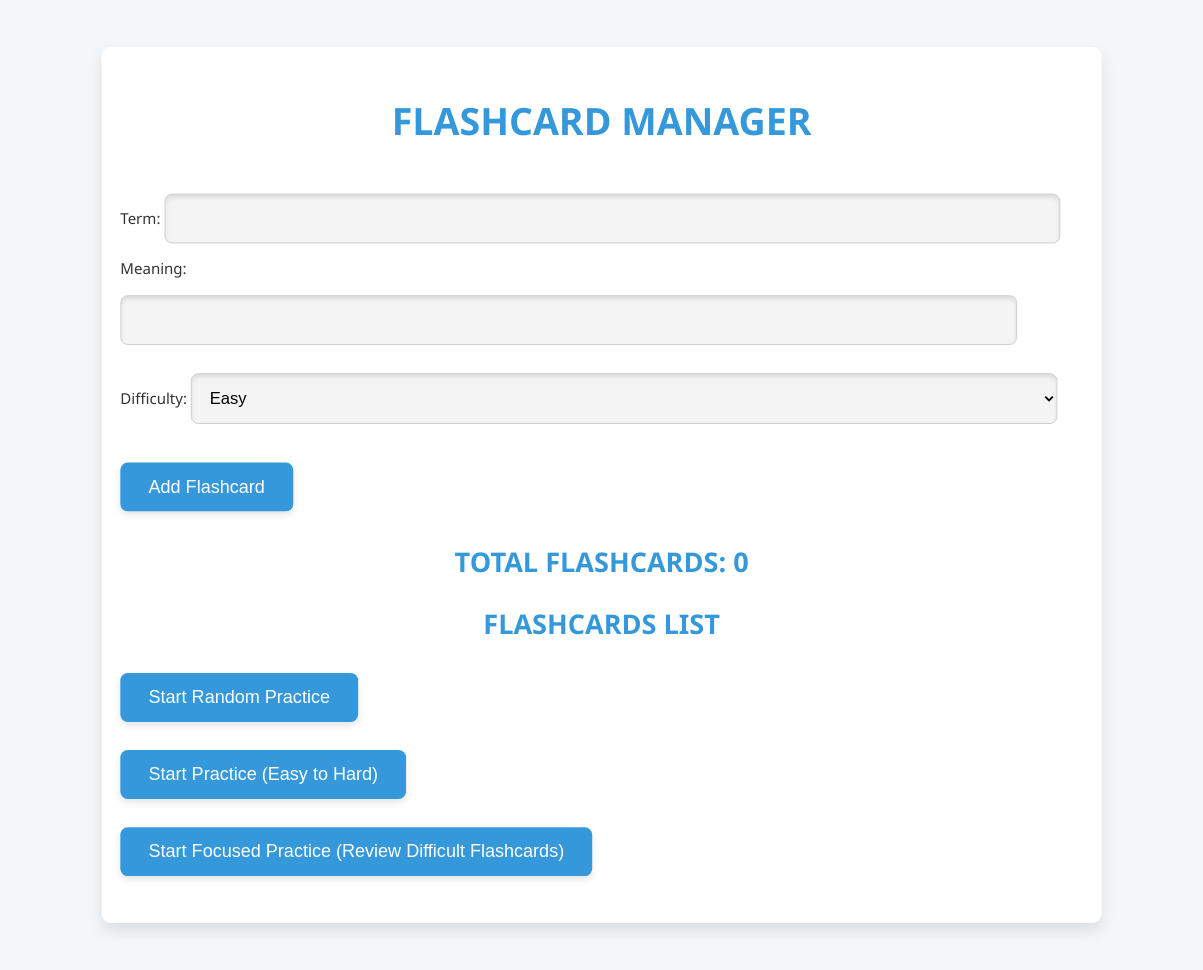
Repository: Oriyin/Algorithm_StudyHelper
Page: http://localhost/flashcards
The author's editor kept a copy of each file at every save. The page is drawn from the files as they stood at one save, then again after a run of saves.
The browser window is 1280 px wide. The pictures show the whole page, at 94% of full size.
The page is served by the project's application, run on Flask 3 (backend/app.py).

Above is the page before, as saved 2024-10-11 14:20:47.

After the next 2 saves:
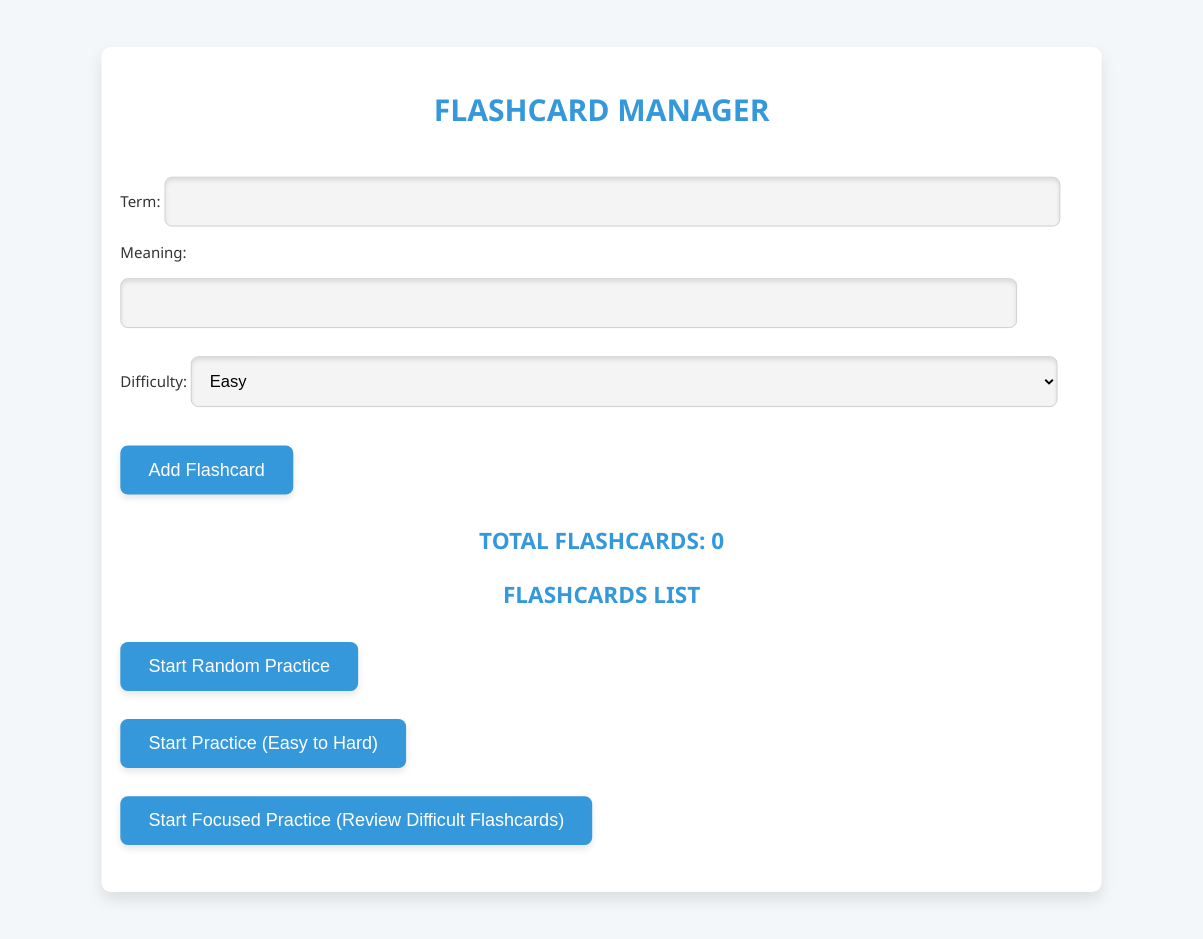
The 2 saves are shown as one change because they came seconds apart.
The last was saved 103 s later.
--- a/backend/static/flashstyle.css
+++ b/backend/static/flashstyle.css
@@ -28,11 +28,11 @@ h1, h2 {
 }
 
 h1 {
-    font-size: 2.5em;
+    font-size: 2em;
 }
 
 h2 {
-    font-size: 1.8em;
+    font-size: 1.5em;
     margin-top: 20px;
 }
 
